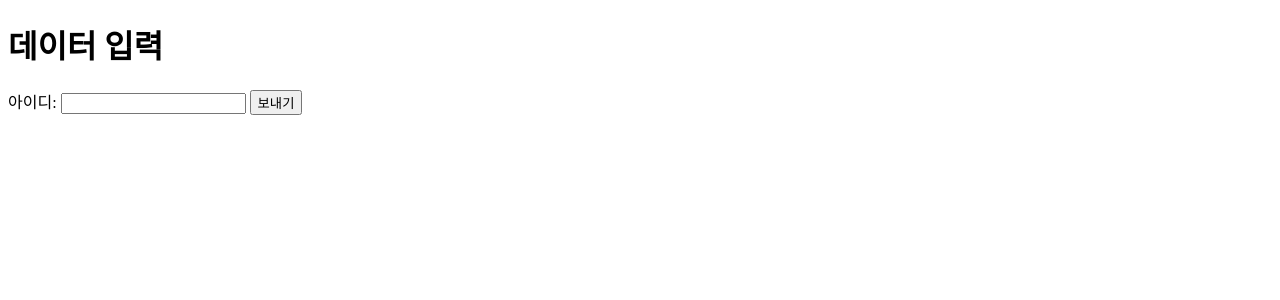
Repository: kmd192kmd/Web
Page: html/HtmlTest/src/main/webapp/ex17_form.html
An editor plug-in stored every save of this project. The page is shown before and after the next save, followed by the edit.
The browser window is 1280 px wide. The pictures show the whole page.

Above is the page before, as saved 2026-02-13 08:36:39.

### html/HtmlTest/src/main/webapp/ex17_form.html
<!DOCTYPE html>
<html>
<head>
<meta charset="UTF-8">
<title>Insert title here</title>
</head>
<body>
	<!-- ex17_form.html -->
	<!--

		<form>, 폼

		HTML Form + HTML Input Control
		- 입력 양식
		- 쿨라이언트(사용자)로부터 입력장치(키보드, 마우스, 터치 등)을 통해서 데이터 입력받는 역할(HTML Input Control) > 데이터를 서버로 전송하는 역할(HTML Form)
		ex) 텍스트 박스, 라디오 버튼, 체크 박스, 버튼 등


		<form> 태그
		- 스스로 랜더링 결과를 만들지 않는다.(눈에 안보임)
		- 기능성 태그
		- 입력받은 값을 서버로 보내는 역할

		form.method
		- 데이터를 서버로 전송하는 방식
		- 서버에게 요청하는 방식(진실)
		a. GET
			- ex17_ok.jsp?id=hong
			- 데이터를 수신자 주소 뒤에 붙여서 전달하는 방식
			- ?id=hong (=Query String)
			- ?id=hong&age=20&address=서울시
			- 데이터가 노출!!
			- URL(256자 이내) > 긴 데이터 전송 불가능

		b. POST
			- ex17_ok.jsp
			- 데이터를 패킷의 본문(body)에 넣어서 전달하는 방식
			- 데이터가 노출 안됨
			- 길이 제한 없음

		form.action
		- 데이터를 수신할 서버측 프로그램 URL
		- 서버 프로그래밍 언어로 구현한 프로그램
			(Servlet, JSP, Spring)
			(PHP, Python, Node.js, ASP.NET, Ruby 등..)

	 -->
	 <h1>데이터 입력</h1>

	 <form method="GET" action="ex17_ok.jsp">
	 	아이디: <input type="text" name="id">
	 	<input type="submit" value="보내기">
	 </form>
</body>
</html>

After the next save:
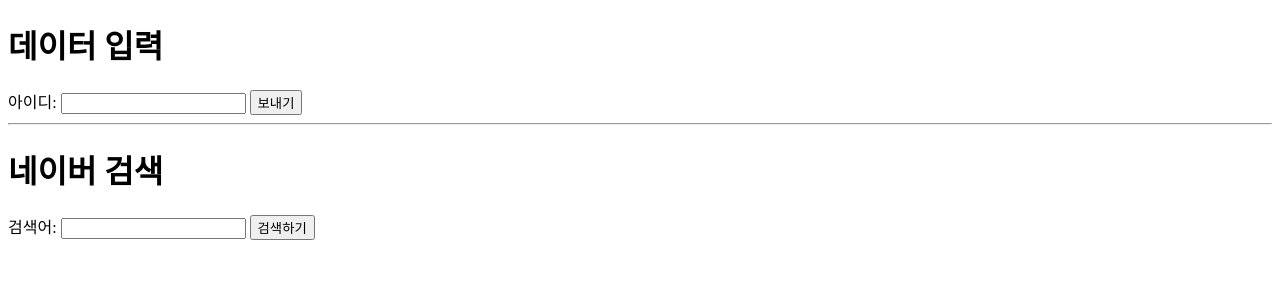
Saved 5 min 12 s later.
--- a/html/HtmlTest/src/main/webapp/ex17_form.html
+++ b/html/HtmlTest/src/main/webapp/ex17_form.html
@@ -12,7 +12,7 @@
 
 		HTML Form + HTML Input Control
 		- 입력 양식
-		- 쿨라이언트(사용자)로부터 입력장치(키보드, 마우스, 터치 등)을 통해서 데이터 입력받는 역할(HTML Input Control) > 데이터를 서버로 전송하는 역할(HTML Form)
+		- 클라이언트(사용자)로부터 입력장치(키보드, 마우스, 터치 등)을 통해서 데이터 입력받는 역할(HTML Input Control) > 데이터를 서버로 전송하는 역할(HTML Form)
 		ex) 텍스트 박스, 라디오 버튼, 체크 박스, 버튼 등
 
 
@@ -38,18 +38,34 @@
 			- 데이터가 노출 안됨
 			- 길이 제한 없음
 
+
+
 		form.action
 		- 데이터를 수신할 서버측 프로그램 URL
 		- 서버 프로그래밍 언어로 구현한 프로그램
 			(Servlet, JSP, Spring)
 			(PHP, Python, Node.js, ASP.NET, Ruby 등..)
 
-	 -->
-	 <h1>데이터 입력</h1>
 
-	 <form method="GET" action="ex17_ok.jsp">
-	 	아이디: <input type="text" name="id">
-	 	<input type="submit" value="보내기">
-	 </form>
+	-->
+	<h1>데이터 입력</h1>
+
+	<form method="GET" action="ex17_ok.jsp">
+		아이디: <input type="text" name="id">
+		<input type="submit" value="보내기">
+	</form>
+
+	<hr>
+
+	<h1>네이버 검색</h1>
+
+	<form method="GET" action="https://search.naver.com/search.naver">
+		검색어: <input type="text" name="query">
+		<input type="submit" value="검색하기">
+	</form>
+
+
+
+
 </body>
 </html>
